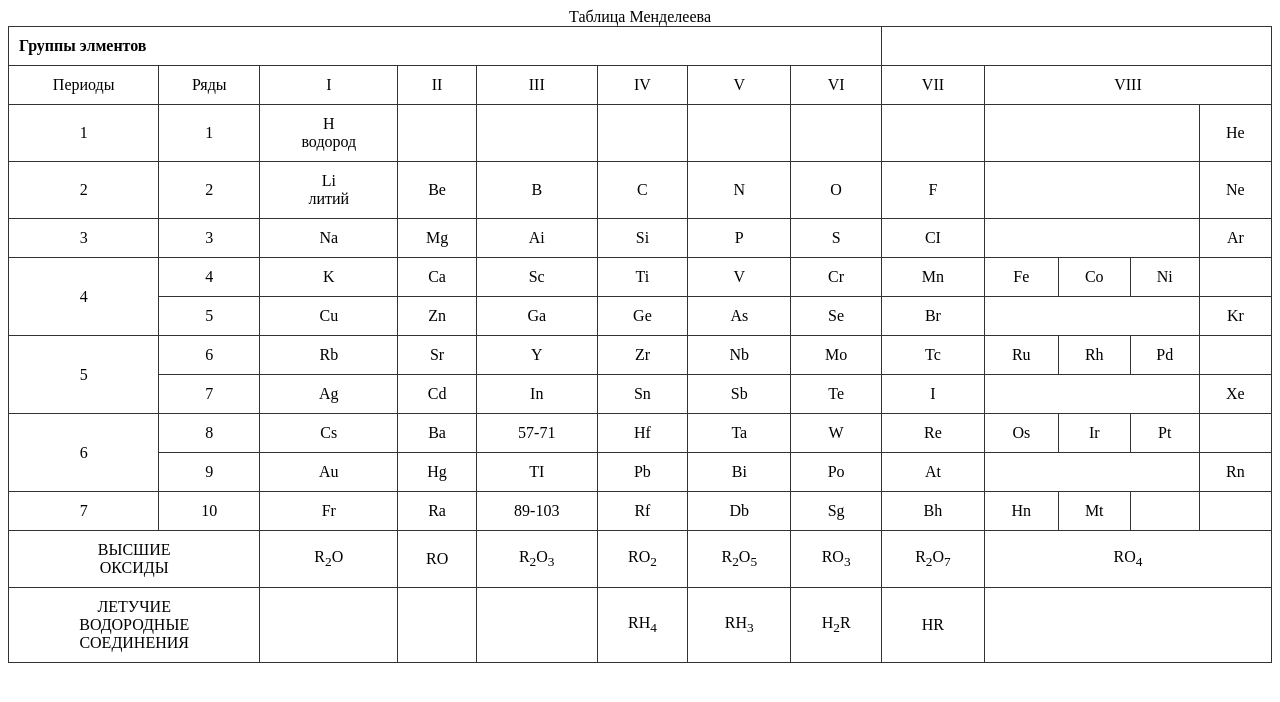
Repository: sannikovcode/exercises-a1
Page: JS/websites/01-periodic table/index.html
An editor plug-in stored every save of this project. The page is shown before and after the next save, followed by the edit.
The browser window is 1280 px wide. The pictures show the whole page.

Above is the page before, as saved 2025-10-17 19:37:48.

### JS/websites/01-periodic table/index.html
<!DOCTYPE html>
<html lang="en">

<head>
    <meta charset="UTF-8">
    <meta name="viewport" content="width=device-width, initial-scale=1.0">
    <title>Periodic table</title>
    <link rel="stylesheet" href="styles.css">
</head>

<body>
    <table>
        <caption>Таблица Менделеева</caption>
        <thead>
            <tr>
                <th colspan="8">Группы элментов</th>
            </tr>
        </thead>

        <tbody>
            <tr>
                <td>Периоды</td>
                <td>Ряды</td>
                <td>I</td>
                <td>II</td>
                <td>III</td>
                <td>IV</td>
                <td>V</td>
                <td>VI</td>
                <td>VII</td>
                <td colspan="4">VIII</td>
            </tr>
            <tr>
                <td>1</td>
                <td>1</td>
                <td>H <br>водород</td>
                <td></td>
                <td></td>
                <td></td>
                <td></td>
                <td></td>
                <td></td>
                <td colspan="3"></td>
                <td>He</td>

            </tr>
            <tr>
                <td>2</td>
                <td>2</td>
                <td>Li <br>литий</td>
                <td>Be</td>
                <td>B</td>
                <td>C</td>
                <td>N</td>
                <td>O</td>
                <td>F</td>
                <td colspan="3"></td>
                <td>Ne</td>


            </tr>
            <tr>
                <td>3</td>
                <td>3</td>
                <td>Na</td>
                <td>Mg</td>
                <td>Ai</td>
                <td>Si</td>
                <td>P</td>
                <td>S</td>
                <td>CI</td>
                <td colspan="3"></td>
                <td>Ar</td>

            </tr>
            <tr>
                <td rowspan="2">4</td>
                <td>4</td>
                <td>K</td>
                <td>Ca</td>
                <td>Sc</td>
                <td>Ti</td>
                <td>V</td>
                <td>Cr</td>
                <td>Mn</td>
                <td>Fe</td>
                <td>Co</td>
                <td>Ni</td>
                <td></td>
            </tr>
            <tr>
                <td>5</td>
                <td>Cu</td>
                <td>Zn</td>
                <td>Ga</td>
                <td>Ge</td>
                <td>As</td>
                <td>Se</td>
                <td>Br</td>
                <td colspan="3"></td>
                <td>Kr</td>
            <tr>
                <td rowspan="2">5</td>
                <td>6</td>
                <td>Rb</td>
                <td>Sr</td>
                <td>Y</td>
                <td>Zr</td>
                <td>Nb</td>
                <td>Mo</td>
                <td>Tc</td>
                <td>Ru</td>
                <td>Rh</td>
                <td>Pd</td>
                <td></td>
            </tr>
            <tr>
                <td>7</td>
                <td>Ag</td>
                <td>Cd</td>
                <td>In</td>
                <td>Sn</td>
                <td>Sb</td>
                <td>Te</td>
                <td>I</td>
                <td colspan="3"></td>
                <td>Xe</td>
            </tr>
            <tr>
                <td rowspan="2">6</td>
                <td>8</td>
                <td>Cs</td>
                <td>Ba</td>
                <td>57-71</td>
                <td>Hf</td>
                <td>Ta</td>
                <td>W</td>
                <td>Re</td>
                <td>Os</td>
                <td>Ir</td>
                <td>Pt</td>
                <td></td>
            </tr>
            <tr>
                <td>9</td>
                <td>Au</td>
                <td>Hg</td>
                <td>TI</td>
                <td>Pb</td>
                <td>Bi</td>
                <td>Po</td>
                <td>At</td>
                <td colspan="3"></td>
                <td>Rn</td>
            </tr>
            <tr>
                <td>7</td>
                <td>10</td>
                <td>Fr</td>
                <td>Ra</td>
                <td>89-103</td>
                <td>Rf</td>
                <td>Db</td>
                <td>Sg</td>
                <td>Bh</td>
                <td>Hn</td>
                <td>Mt</td>
                <td></td>
                <td></td>
            </tr>
            <tr>
                <td colspan="2">ВЫСШИЕ <br>ОКСИДЫ</td>
                <td>R<sub>2</sub>O</td>
                <td>RO</td>
                <td>R<sub>2</sub>O<sub>3</sub></td>
                <td>RO<sub>2</sub></td>
                <td>R<sub>2</sub>O<sub>5</sub></td>
                <td>RO<sub>3</sub></td>
                <td>R<sub>2</sub>O<sub>7</sub></td>
                <td colspan="4">RO<sub>4</sub></td>

            </tr>
            <tr>
                <td colspan="2">ЛЕТУЧИЕ <br>ВОДОРОДНЫЕ <br> СОЕДИНЕНИЯ</td>
                <td></td>
                <td></td>
                <td></td>
                <td>RH<sub>4</sub></td>
                <td>RH<sub>3</sub></td>
                <td>H<sub>2</sub>R</td>
                <td>HR</td>
                <td colspan="4"></td>

            </tr>

        </tbody>
        <tfoot>

        </tfoot>

    </table>




</body>

</html>

### JS/websites/01-periodic table/styles.css
/* 1 */
table {
  border-collapse: collapse;
  width: 100%;
}

table, th, td {
  border: 1px solid #333;
}

th, td {
  padding: 10px;
  text-align: left;
}

/*2*/
td {
  text-align: center; /* горизонтальное центрирование */
  vertical-align: middle; /* вертикальное центрирование */
}

After the next save:
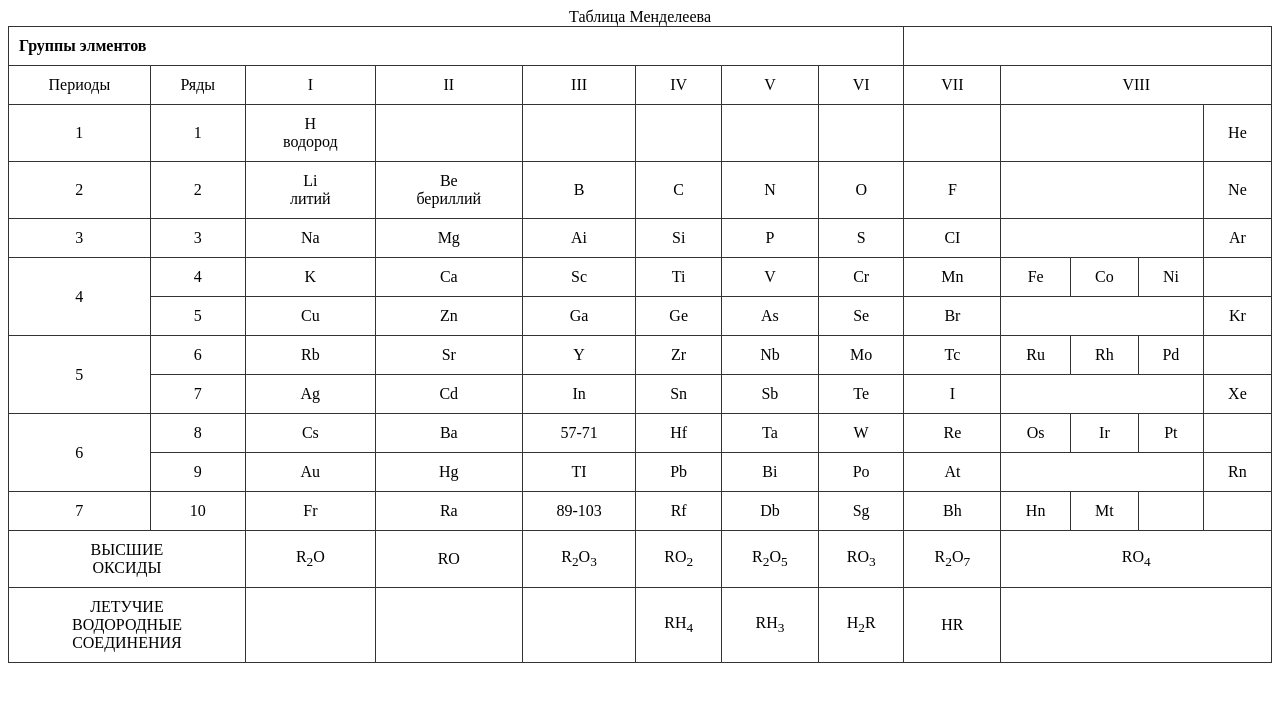
Saved 17 s later.
--- a/JS/websites/01-periodic table/index.html
+++ b/JS/websites/01-periodic table/index.html
@@ -48,7 +48,7 @@
                 <td>2</td>
                 <td>2</td>
                 <td>Li <br>литий</td>
-                <td>Be</td>
+                <td>Be <br>бериллий</td>
                 <td>B</td>
                 <td>C</td>
                 <td>N</td>
